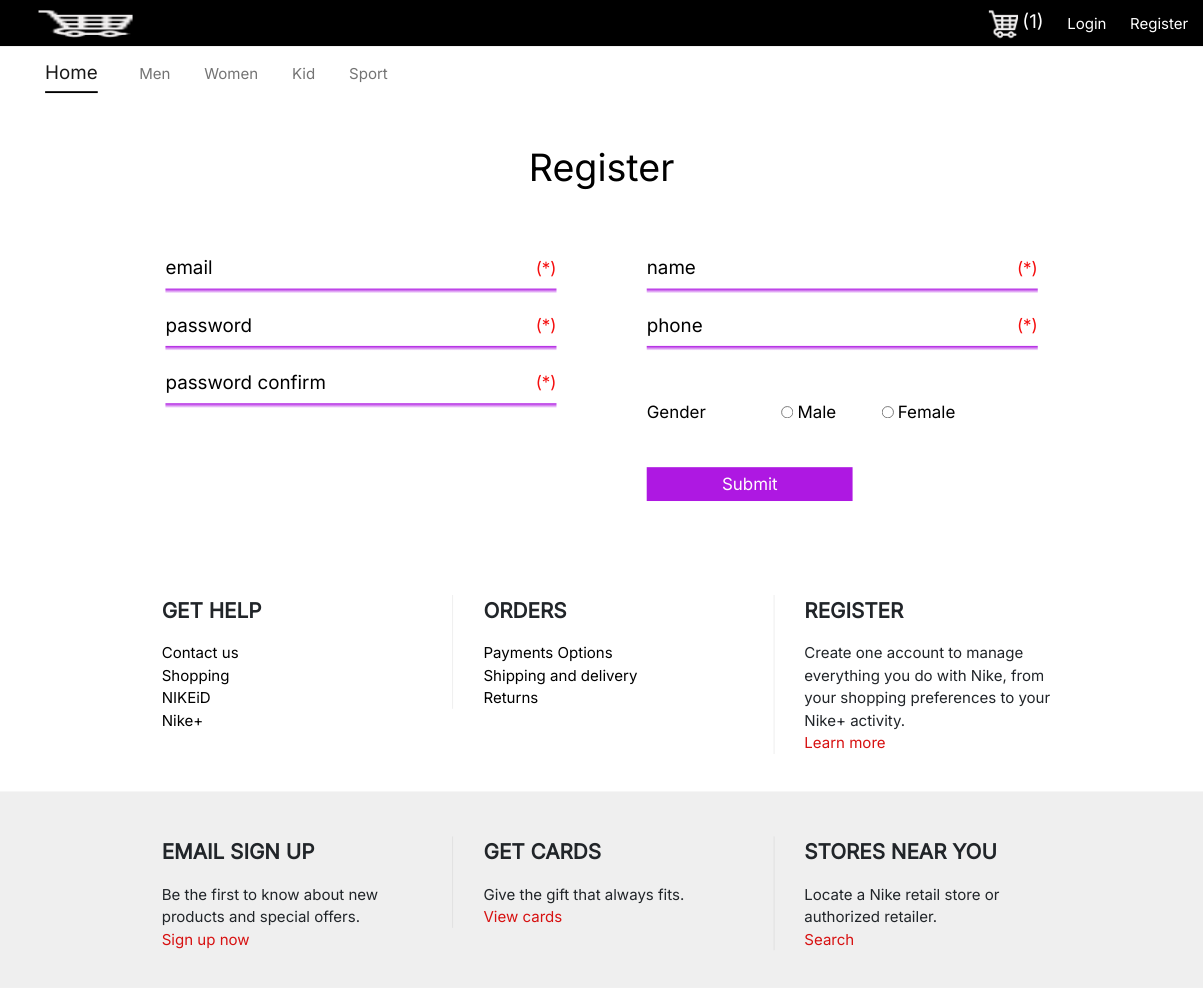
Repository: minhtrivu6199/Capstone_Shop
Page: register.html
The author's editor kept a copy of each file at every save. The page is drawn from the files as they stood at one save, then again after the next save.
The browser window is 1280 px wide. The pictures show the whole page, at 94% of full size.
Some web libraries are served in a nearby version. The style sheet was rebuilt from its Sass, Less or Tailwind sources for each picture, by a compiler version that may differ from the author's.

Above is the page before, as saved 2022-11-01 21:40:44.

### register.html
<!DOCTYPE html>
<html lang="en">
  <head>
    <meta charset="UTF-8" />
    <meta http-equiv="X-UA-Compatible" content="IE=edge" />
    <meta name="viewport" content="width=device-width, initial-scale=1.0" />
    <title>Register</title>
    <!-- Bootstrap CSS v5.2.1 -->
    <link
      href="https://cdn.jsdelivr.net/npm/bootstrap@5.2.1/dist/css/bootstrap.min.css"
      rel="stylesheet"
      integrity="sha384-iYQeCzEYFbKjA/T2uDLTpkwGzCiq6soy8tYaI1GyVh/UjpbCx/TYkiZhlZB6+fzT"
      crossorigin="anonymous"
    />
    <!-- Bootstrap CSS v5.2.1 -->
    <link
      href="https://cdn.jsdelivr.net/npm/bootstrap@5.2.1/dist/css/bootstrap.min.css"
      rel="stylesheet"
      integrity="sha384-iYQeCzEYFbKjA/T2uDLTpkwGzCiq6soy8tYaI1GyVh/UjpbCx/TYkiZhlZB6+fzT"
      crossorigin="anonymous"
    />
    <link rel="preconnect" href="https://fonts.googleapis.com" />
    <link rel="preconnect" href="https://fonts.gstatic.com" crossorigin />
    <link
      href="https://fonts.googleapis.com/css2?family=Inter&display=swap"
      rel="stylesheet"
    />
    <link rel="stylesheet" href="./css/register.css" />
  </head>

  <body>
    <header>
      <!-- Just an image -->
      <nav class="navbar navbar-light nav_top px-3">
        <div class="">
          <a class="navbar-brand" href="#">
            <img id="logo" src="./assets/img/image_8.png" width="30" height="30" alt="" />
          </a>
        </div>
        <div class="d-flex justify-content-center align-items-center">
          <a href="#">
            <img src="./assets/img/image_8.png" alt="" />
            <span id="user_quantity">(1)</span>
          </a>
          <a href="#">Login</a>
          <a href="./register.html">Register</a>
        </div>
      </nav>
      <nav class="navbar navbar-expand-lg navbar-light nav-bot px-5">
        <a class="navbar-brand" href="#">Home</a>
        <button
          class="navbar-toggler"
          type="button"
          data-toggle="collapse"
          data-target="#navbarNavDropdown"
          aria-controls="navbarNavDropdown"
          aria-expanded="false"
          aria-label="Toggle navigation"
        >
          <span class="navbar-toggler-icon"></span>
        </button>
        <div class="collapse navbar-collapse" id="navbarNavDropdown">
          <ul class="navbar-nav">
            <li class="nav-item active">
              <a class="nav-link" href="#"
                >Men</span></a
              >
            </li>
            <li class="nav-item active">
              <a class="nav-link" href="#"
                >Women</a
              >
            </li>
            <li class="nav-item active">
              <a class="nav-link" href="#"
                >Kid</a
              >
            </li>
            <li class="nav-item active">
              <a class="nav-link" href="#"
                >Sport</a
              >
            </li>
          </ul>
        </div>
      </nav>
    </header>

    <section class="mb-5">
      <h3 class="register-title text-center my-5 mt-5">Register</h3>
      <div class="container">
        <div class="row" id="register_info">
          <div class="col-12 col-lg-6 px-5">
            <div class="input_container d-flex align-items-center mt-3">
              <input type="text" placeholder="email" id="register_email" />
              <span>(*)</span>
            </div>
            <div class="input_decor mt-1"></div>
            <div
              id="err_email"
              class="error_msg bg-danger bg-opacity-25 text-danger p-1 ps-2"
            >
              Error
            </div>

            <div class="input_container d-flex align-items-center mt-3">
              <input
                type="password"
                placeholder="password"
                id="register_password"
              />
              <span>(*)</span>
            </div>
            <div class="input_decor mt-1"></div>
            <div
              id="err_password"
              class="error_msg bg-danger bg-opacity-25 text-danger p-1 ps-2"
            >
              Error
            </div>

            <div class="input_container d-flex align-items-center mt-3">
              <input
                type="password"
                placeholder="password confirm"
                id="register_password_confirm"
              />
              <span>(*)</span>
            </div>
            <div class="input_decor mt-1"></div>
            <div
              id="err_password_confirm"
              class="error_msg bg-danger bg-opacity-25 text-danger p-1 ps-2"
            >
              Error
            </div>
          </div>
          <div class="col-12 col-lg-6 px-5">
            <div class="input_container d-flex align-items-center mt-3">
              <input type="text" placeholder="name" id="register_name" />
              <span>(*)</span>
            </div>
            <div class="input_decor mt-1"></div>
            <div
              id="err_name"
              class="error_msg bg-danger bg-opacity-25 text-danger p-1 ps-2"
            >
              Error
            </div>

            <div class="input_container d-flex align-items-center mt-3">
              <input type="text" placeholder="phone" id="register_phone" />
              <span>(*)</span>
            </div>
            <div class="input_decor mt-1"></div>
            <div
              id="err_phone"
              class="error_msg bg-danger bg-opacity-25 text-danger p-1 ps-2"
            >
              Error
            </div>

            <div class="gender mt-5 d-flex">
              <span>Gender</span>
              <ul class="d-flex">
                <li class="type ms-5">
                  <input
                    id="male"
                    type="radio"
                    name="genderSelector"
                    value="0"
                  />
                  <label for="male">Male</label>
                  <div class="check"></div>
                </li>
                <li class="type ms-5">
                  <input
                    id="female"
                    type="radio"
                    name="genderSelector"
                    value="1"
                  />
                  <label for="female">Female</label>
                  <div class="check"></div>
                </li>
              </ul>
            </div>
            <div
              id="err_gender"
              class="error_msg bg-danger bg-opacity-25 text-danger p-1 ps-2"
            >
              Error
            </div>

            <button
              id="register_submit"
              class="mt-4"
              onclick="submitRegister()"
            >
              Submit
            </button>
            <div class="d-flex justify-content-center">
              <div
                class="error_msg bg-warning bg-opacity-25 text-danger py-2 mt-4 rounded shadow-lg text-center"
                id="fail_register"
                style="font-size: 18px; width: 100%; font-weight: 600"
              >
                Register Failed!
              </div>
            </div>
            <div class="d-flex justify-content-center error_msg">
              <div
                class="error_msg bg-success bg-opacity-25 text-success py-2 mt-4 rounded shadow-lg text-center"
                id="success_register"
                style="font-size: 18px; width: 100%; font-weight: 600"
              >
                Register Successfully!
              </div>
            </div>
          </div>
        </div>
      </div>
    </section>

    <footer>
      <div class="container" id="footer_top">
        <div class="row">
          <div class="col-12 col-lg-4 footer_item">
            <ul style="border: none">
              <p class="title">GET HELP</p>
              <li><a href="#">Contact us</a></li>
              <li><a href="#">Shopping</a></li>
              <li><a href="#">NIKEiD</a></li>
              <li><a href="#">Nike+</a></li>
            </ul>
          </div>

          <div class="col-12 col-lg-4 footer_item">
            <ul>
              <p class="title">ORDERS</p>
              <li><a href="#">Payments Options</a></li>
              <li><a href="#">Shipping and delivery</a></li>
              <li><a href="#">Returns</a></li>
            </ul>
          </div>

          <div class="col-12 col-lg-4 footer_item">
            <ul>
              <p class="title">REGISTER</p>
              <li>
                Create one account to manage everything you do with Nike, from
                your shopping preferences to your Nike+ activity.
              </li>
              <li><a href="#" class="specialLink">Learn more</a></li>
            </ul>
          </div>
        </div>
      </div>
      <div class="w-100 pt-5" id="footer_end">
        <div class="container">
          <div class="row">
            <div class="col-12 col-lg-4 footer_item">
              <ul style="border: none">
                <p class="title">EMAIL SIGN UP</p>
                <li>
                  Be the first to know about new products and special offers.
                </li>
                <li><a href="#" class="specialLink">Sign up now</a></li>
              </ul>
            </div>

            <div class="col-12 col-lg-4 footer_item">
              <ul>
                <p class="title">GET CARDS</p>
                <li>Give the gift that always fits.</li>
                <li><a href="#" class="specialLink">View cards</a></li>
              </ul>
            </div>

            <div class="col-12 col-lg-4 footer_item">
              <ul>
                <p class="title">STORES NEAR YOU</p>
                <li>Locate a Nike retail store or authorized retailer.</li>
                <li><a href="#" class="specialLink">Search</a></li>
              </ul>
            </div>
          </div>
        </div>
      </div>
    </footer>

    <!-- Bootstrap JavaScript Libraries -->
    <script
      src="https://cdn.jsdelivr.net/npm/@popperjs/core@2.11.6/dist/umd/popper.min.js"
      integrity="sha384-oBqDVmMz9ATKxIep9tiCxS/Z9fNfEXiDAYTujMAeBAsjFuCZSmKbSSUnQlmh/jp3"
      crossorigin="anonymous"
    ></script>

    <script
      src="https://cdn.jsdelivr.net/npm/bootstrap@5.2.1/dist/js/bootstrap.min.js"
      integrity="sha384-7VPbUDkoPSGFnVtYi0QogXtr74QeVeeIs99Qfg5YCF+TidwNdjvaKZX19NZ/e6oz"
      crossorigin="anonymous"
    ></script>
    <script
      src="https://cdnjs.cloudflare.com/ajax/libs/axios/1.1.3/axios.min.js"
      integrity="sha512-0qU9M9jfqPw6FKkPafM3gy2CBAvUWnYVOfNPDYKVuRTel1PrciTj+a9P3loJB+j0QmN2Y0JYQmkBBS8W+mbezg=="
      crossorigin="anonymous"
      referrerpolicy="no-referrer"
    ></script>
    <script src="./controllers/register.js"></script>
  </body>
</html>

### controllers/register.js
function Register() {
    this.email = '';
    this.password = '';
    this.name = '';
    this.gender = true;
    this.phone = '';
}

var validation = {
    kiemTraRong: function (value, errId, name) {
        //Nếu không hợp lệ thì hàm này return về false ngược lại return về true
        if (value.trim() === '') {
            document.getElementById(errId).style.display = 'block';
            document.getElementById(errId).innerHTML = `${name} cannot be blank!`;
            return false;
        }

        document.getElementById(errId).style.display = 'none';
        return true;
    },
    kiemTraKyTu: function (value, errId, name) {
        var regexLetter = /^[A-Z a-z]+$/;
        if (regexLetter.test(value)) {
            document.getElementById(errId).style.display = 'none';
            return true;
        }

        document.getElementById(errId).style.display = 'block';
        document.getElementById(errId).innerHTML = `${name} must be characters!`;
        return false;
    },
    kiemTraEmail: function (value, errId) {
        var regexEmail = /^(([^<>()\[\]\\.,;:\s@"]+(\.[^<>()\[\]\\.,;:\s@"]+)*)|(".+"))@((\ [[0-9]{1,3}\.[0-9]{1,3}\.[0-9]{1,3}\.[0-9]{1,3}\])|(([a-zA-Z\-0-9]+\.)+[a-zA-Z]{2,}))$/;
        if (regexEmail.test(value)) {
            document.getElementById(errId).style.display = 'none';
            return true;
        }
        document.getElementById(errId).style.display = 'block';
        document.getElementById(errId).innerHTML = 'Invalid Email format!';
        return false;
    },
    kiemTraMatch: function (value1, value2, errId, msg) {
        if (value1 === value2) {
            document.getElementById(errId).style.display = 'none';
            return true;
        }
        document.getElementById(errId).style.display = 'block';
        document.getElementById(errId).innerHTML = `${msg}`;
        return false;
    },
    kiemTraPhone: function (value, errId, name) {
        var regex = /^\+?\d{2}[- ]?\d{3}[- ]?\d{5}$/;
        if (regex.test(value)) {
            document.getElementById(errId).style.display = 'none';
            return true;
        }
        document.getElementById(errId).style.display = 'block';
        document.getElementById(errId).innerHTML = `Invalid ${name} format!`;
        return false;
    },
    kiemTraSo: function (value, errId, name) {
        var regexNumber = /^[0-9]+$/;
        if (regexNumber.test(value)) {
            document.getElementById(errId).style.display = 'none';
            return true;
        }
        document.getElementById(errId).style.display = 'block';
        document.getElementById(errId).innerHTML = `${name} must be a number!`;
        return false;
    },
    kiemTraDoDai: function (value, errId, name, minLength, maxLength) {
        if (value.length > maxLength || value.length < minLength) {
            document.getElementById(errId).style.display = 'block';
            document.getElementById(errId).innerHTML = `${name} must have length from ${minLength} to ${maxLength} characters!`;
            return false;
        }
        document.getElementById(errId).style.display = 'none';
        return true;
    },
    kiemTraGiaTri: function (value, errId, name, minValue, maxValue) {
        var newValue = Number(value);
        if (newValue > maxValue || newValue < minValue) {
            document.getElementById(errId).style.display = 'block';
            document.getElementById(errId).innerHTML = `${name} must be from ${minLength} to ${maxLength}!`
            return false;
        }
        document.getElementById(errId).style.display = 'none';
        return true;
    }

}

function submitRegister() {
    var email = document.getElementById('register_email').value;
    var password = document.getElementById('register_password').value;
    var passwordcf = document.getElementById('register_password_confirm').value;
    var name = document.getElementById('register_name').value;
    var phone = document.getElementById('register_phone').value;
    var checkbox = document.getElementsByName("genderSelector");
    var gender = -1;
    for (var i = 0; i < checkbox.length; i++) {
        if (checkbox[i].checked === true) {
            gender = i;
        }
    }
    var valid=true;
    // kiem tra gender
    if (gender < 0) {
        document.getElementById('err_gender').style.display = 'block';
        document.getElementById('err_gender').innerHTML = `Gender must be chosen!`
        valid &= false;
    } else { document.getElementById('err_gender').style.display = 'none'; }
    // Kiem tra email
    valid &= validation.kiemTraRong(email, 'err_email', 'Email')
        && validation.kiemTraEmail(email, 'err_email');

    // Kiem tra password
    valid &= validation.kiemTraRong(password, 'err_password', 'Password')
    valid &= validation.kiemTraRong(passwordcf, 'err_password_confirm', 'Password confirm')
        && validation.kiemTraMatch(password, passwordcf, 'err_password_confirm',
            `Password must match Password Confirm!`);

    // kiem tra name & phone
    valid &= validation.kiemTraRong(name, 'err_name', 'Name')
    valid &= validation.kiemTraRong(phone, 'err_phone', 'Phone')
        && validation.kiemTraPhone(phone, 'err_phone', 'Phone');

    if (!valid) {
        document.getElementById('fail_register').style.display = 'block';
        document.getElementById('success_register').style.display = 'none';
        return;
    }

    var re = new Register();
    re.email = email;
    re.password = password;
    re.gender = (gender === 0) ? true : false;
    re.name = name;
    re.phone = phone;
    console.log(re);
    var promise = axios({
        url: 'https://shop.cyberlearn.vn/api/Users/signup',
        method: 'POST',
        data: re
    });

    //Thành công
    promise.then(function (res) {
        document.getElementById('success_register').style.display = 'block';
        document.getElementById('fail_register').style.display = 'none';
        document.getElementById('err_email').style.display = 'none';
        console.log(res.data);
    });

    //Thất bại
    promise.catch(function (err) {
        document.getElementById('fail_register').style.display = 'block';
        document.getElementById('success_register').style.display = 'none';
        document.getElementById('err_email').innerHTML = 'This Email has existed!';
        document.getElementById('err_email').style.display = 'block';
        console.log(err);
    })
}

### assets/scss/pages/register/register.scss
* {
    margin: 0;
    padding: 0;
    box-sizing: border-box;
    font-family: 'Inter';
}

.container {
    width: 80%;
    margin: 0 auto;
}

.register-title {
    font-style: normal;
    font-weight: 400;
    font-size: 40px;
    line-height: 48px;
    color: #000000;
}

#register_info {
    .input_container {

        input,
        input::placeholder {
            width: 100%;
            border: none;
            font-style: normal;
            font-weight: 400;
            font-size: 20px;
            line-height: 36px;
            color: #000000;
        }

        span {
            font-style: normal;
            font-weight: 400;
            font-size: 18px;
            line-height: 24px;
            color: #F50E0E;
        }
    }


}

.input_decor {
    height: 5px;
    width: 100%;
    background: linear-gradient(rgba(174, 24, 226, 1), rgba(0, 0, 0, 0));
}

.gender {
    ul li {
        list-style: none;

        input {
            accent-color: rgba(174, 24, 226, 1);
        }
    }

    span {
        font-style: normal;
        font-weight: 400;
        font-size: 18px;
        line-height: 36px;
        color: #000000;
    }

    label {
        font-style: normal;
        font-weight: 400;
        font-size: 18px;
        line-height: 36px;
        color: #000000;
    }
}

#register_submit {
    background: #AE18E2;
    font-style: normal;
    font-weight: 400;
    font-size: 18px;
    line-height: 36px;
    border: none;
    color: #FFFCFC;
    padding: 0px 80px;
}

.error_msg {
    display: none;
}

header {
    .nav-bot {
        .nav-item {
            margin-left: 20px;
        }

        .navbar-brand {
            border-bottom: 2px solid black;
        }
    }

    .nav_top {
        background-color: #000000;

        a {
            text-decoration: none;
            color: white;
            margin-left: 25px;

            &:hover {
                color: goldenrod
            }
        }

        .container {
            width: 95%;
        }

        img#logo {
            width: 100px;
        }
    }

    #user_quantity {
        font-size: 20px;
        color: white;
    }
}

footer {
    margin-top: 100px;

    #footer_end {
        background-color: rgba(181, 180, 180, 0.218);
    }

    ul {
        margin-bottom: 40px;
        border-left: 1px solid rgba(156, 156, 156, 0.186);

        .title {
            font-weight: 900;
            font-size: 22px;
        }

        li {
            list-style: none;

            a {
                text-decoration: none;
                color: black;

                &:hover {
                    color: #D017EE;
                }
            }


        }

        .specialLink {
            color: rgb(215, 17, 17);
        }
    }
}

@media screen and (max-width: 992px) {
    footer {
        text-align: center;

        ul {
            border-left: none;
        }
    }
}

After the next save:
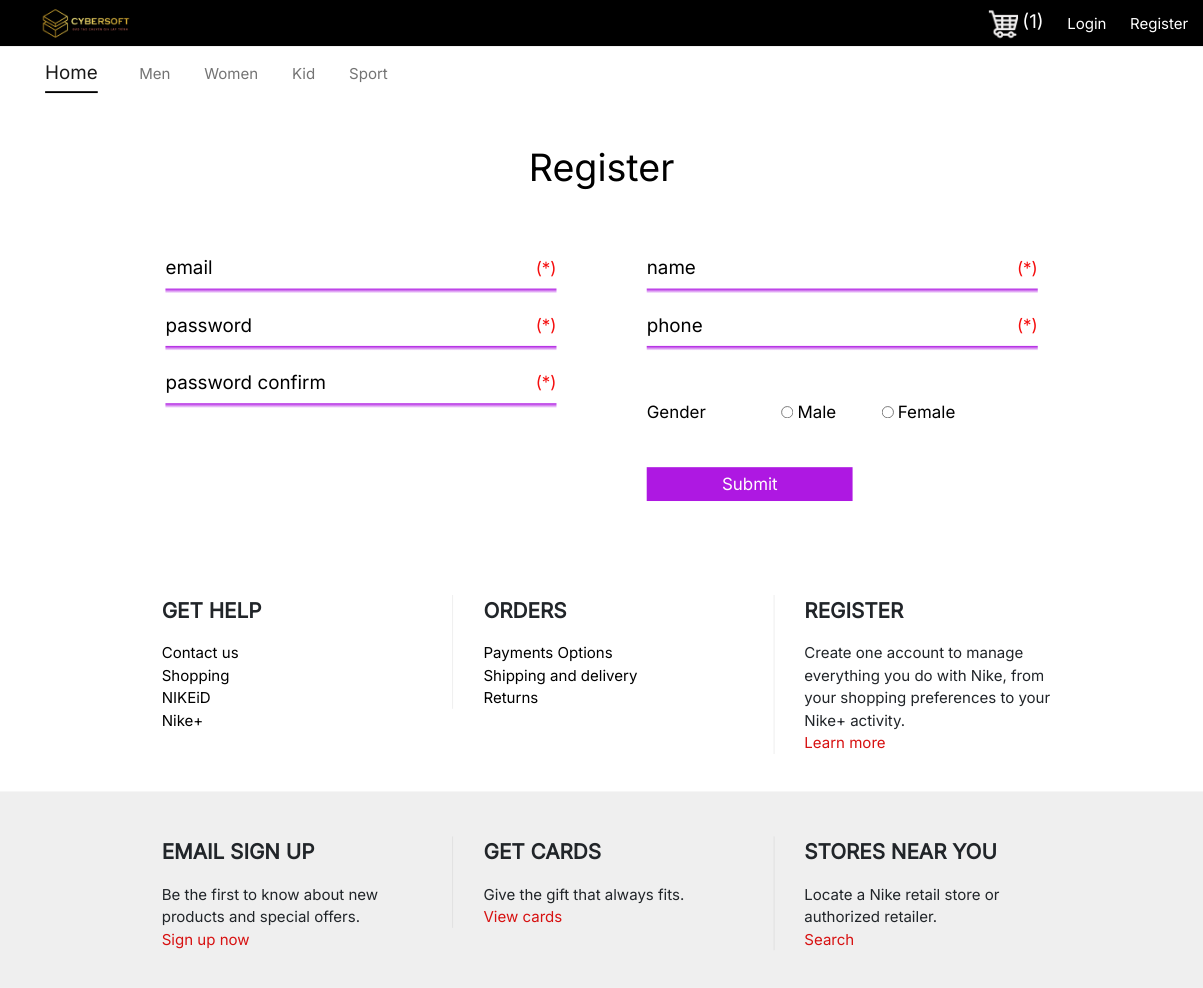
Saved 9 s later.
--- a/register.html
+++ b/register.html
@@ -34,7 +34,7 @@
       <nav class="navbar navbar-light nav_top px-3">
         <div class="">
           <a class="navbar-brand" href="#">
-            <img id="logo" src="./assets/img/image_8.png" width="30" height="30" alt="" />
+            <img id="logo" src="./assets/img/image_3.png" width="30" height="30" alt="" />
           </a>
         </div>
         <div class="d-flex justify-content-center align-items-center">
